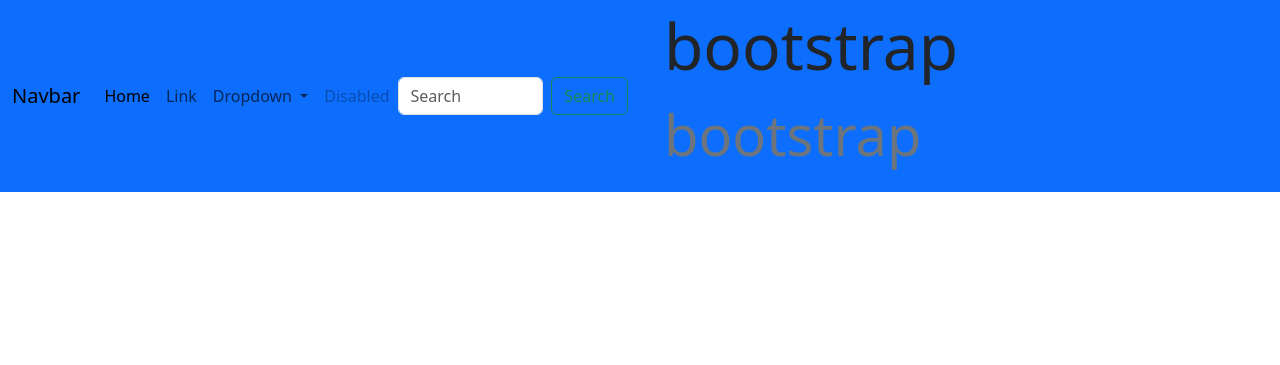
Repository: Riyakashiwala/practical
Page: riya 6th sem/book website.html
These files come from the project's save history. The page is drawn as it stood at one moment and after the next save; the edit follows.
The browser window is 1280 px wide. The pictures show the whole page.

Above is the page before, as saved 2024-12-11 06:37:44.

### riya 6th sem/book website.html
<!DOCTYPE html>
<html lang="en">
<head>
    <meta charset="UTF-8">
    <meta name="viewport" content="width=device-width, initial-scale=1.0">
    <title>Book Website</title>
    <link href="https://cdn.jsdelivr.net/npm/bootstrap@5.3.3/dist/css/bootstrap.min.css" rel="stylesheet" integrity="sha384-QWTKZyjpPEjISv5WaRU9OFeRpok6YctnYmDr5pNlyT2bRjXh0JMhjY6hW+ALEwIH" crossorigin="anonymous">


</head>
<body>
    <nav class="navbar navbar-expand-lg bg-primary">
        <div class="container-fluid bg-primary">
            <a class="navbar-brand" href="#">Navbar</a>
            <button class="navbar-toggler" type="button" data-bs-toggle="collapse" data-bs-target="#navbarSupportedContent" aria-controls="navbarSupportedContent" aria-expanded="false" aria-label="Toggle navigation">
            <span class="navbar-toggler-icon"></span>
            </button>
            <div class="collapse navbar-collapse" id="navbarSupportedContent">
            <ul class="navbar-nav me-auto mb-2 mb-lg-0">
                <li class="nav-item">
                <a class="nav-link active" aria-current="page" href="#">Home</a>
                </li>
                <li class="nav-item">
                <a class="nav-link" href="#">Link</a>
                </li>
                <li class="nav-item dropdown">
                <a class="nav-link dropdown-toggle" href="#" role="button" data-bs-toggle="dropdown" aria-expanded="false">
                Dropdown
                </a>
                <ul class="dropdown-menu">
                <li><a class="dropdown-item" href="#">Action</a></li>
                <li><a class="dropdown-item" href="#">Another action</a></li>
                <li><hr class="dropdown-divider"></li>
                <li><a class="dropdown-item" href="#">Something else here</a></li>
                </ul>
                </li>
            <li class="nav-item">
                <a class="nav-link disabled" aria-disabled="true">Disabled</a>
            </li>
            </ul>
            <form class="d-flex" role="search">
            <input class="form-control me-2" type="search" placeholder="Search" aria-label="Search">
            <button class="btn btn-outline-success" type="submit">Search</button>
            </form>
        </div>
        </div>
        <div class="container-fluid bg-primary">
        <div class="container">
            <section id="intro">
                <div class="row justify-content-start">
                    <div class="col-6">
                        <p class="display-3">bootstrap</p>
                        <p class="display-4 text-secondary">bootstrap</p>
                    </div>
                </div>
            </section>
        </div>
        </div>
    </nav>
    <script src="https://cdn.jsdelivr.net/npm/bootstrap@5.3.3/dist/js/bootstrap.bundle.min.js" integrity="sha384-YvpcrYf0tY3lHB60NNkmXc5s9fDVZLESaAA55NDzOxhy9GkcIdslK1eN7N6jIeHz" crossorigin="anonymous"></script>
</body>
</html>

After the next save:
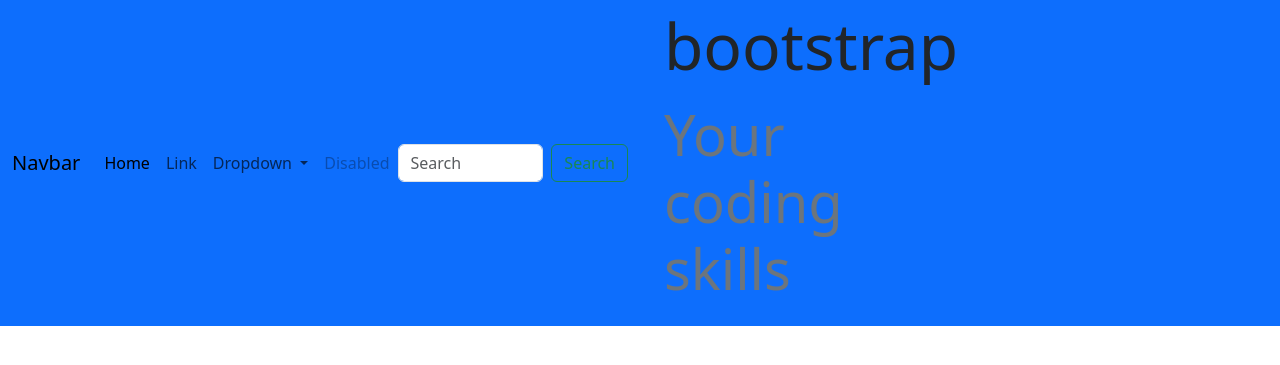
Saved 16 s later.
--- a/riya 6th sem/book website.html
+++ b/riya 6th sem/book website.html
@@ -50,7 +50,7 @@
                 <div class="row justify-content-start">
                     <div class="col-6">
                         <p class="display-3">bootstrap</p>
-                        <p class="display-4 text-secondary">bootstrap</p>
+                        <p class="display-4 text-secondary">Your coding skills</p>
                     </div>
                 </div>
             </section>
